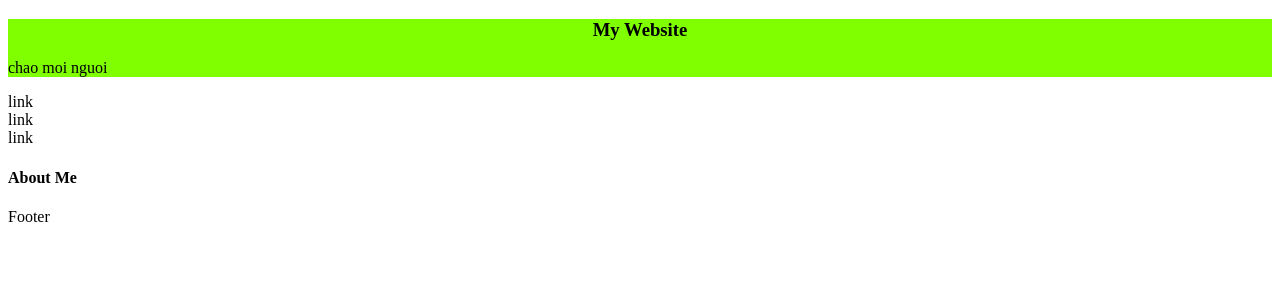
Repository: Lehuyhuynh/BTH2-CSS
Page: BTH2/index,.html
These files come from the project's save history. The page is drawn as it stood at one moment and after the next save; the edit follows.
The browser window is 1280 px wide. The pictures show the whole page.

Above is the page before, as saved 2023-08-09 23:02:36.

After the next save:
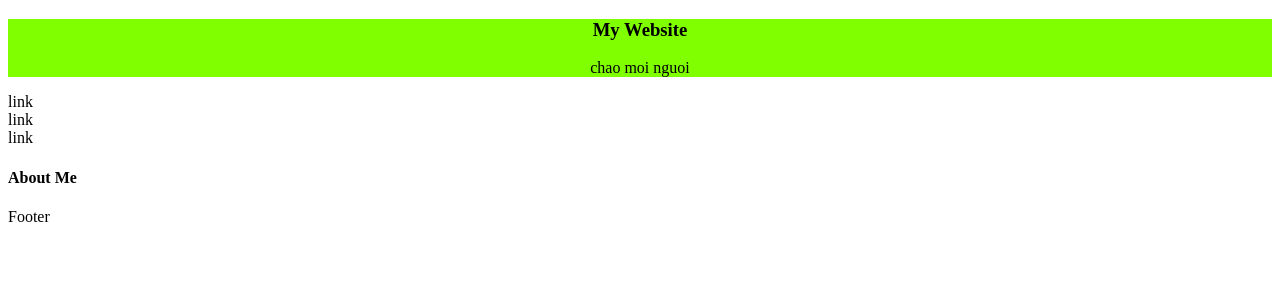
Saved 6 s later.
--- a/BTH2/style.css
+++ b/BTH2/style.css
@@ -4,4 +4,6 @@
 h3{
   text-align: center;
 }
-p
+p{
+  text-align: center;
+}
